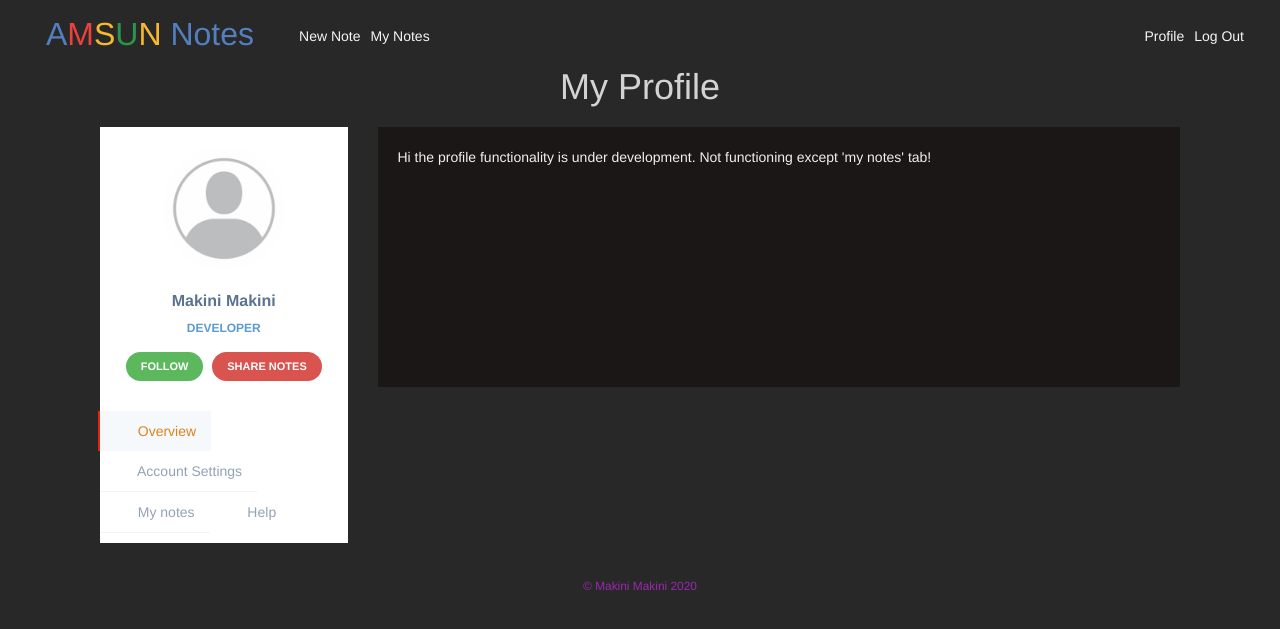
Repository: MakiniMakini/AMSUN-NOTES
Page: http://localhost/profile
These files come from the project's save history. The page is drawn as it stood at one moment and after the next save; the edit follows.
The browser window is 1280 px wide. The pictures show the whole page.
Some web fonts or font styles are not loaded; a fallback is used. The page is served by the project's application, run on Flask 3 (application.py). The session is filled in as if someone had signed in: {"user_id": 1}.

Above is the page before, as saved 2020-12-27 16:20:45.

### templates/profile.html
{% extends "layout.html" %}

{% block title %}
    Profile
{% endblock %}

{% block main %}

<h1 style="margin: auto; text-align: center;">
My Profile
</h1>
<div class="container">
    <div class="row profile">
		<div class="col-md-3">
			<div class="profile-sidebar">
				<!-- SIDEBAR USERPIC -->
				<div class="profile-userpic">
					<img src="/static/images/avatar.jpg" class="img-responsive" alt="">
				</div>
				<!-- END SIDEBAR USERPIC -->
				<!-- SIDEBAR USER TITLE -->
				<div class="profile-usertitle">
					<div class="profile-usertitle-name">
						Makini Makini
					</div>
					<div class="profile-usertitle-job">
						Developer
					</div>
				</div>
				<!-- END SIDEBAR USER TITLE -->
				<!-- SIDEBAR BUTTONS -->
				<div class="profile-userbuttons">
					<button type="button" class="btn btn-success btn-sm">Follow</button>
					<button type="button" class="btn btn-danger btn-sm">Share notes</button>
				</div>
				<!-- END SIDEBAR BUTTONS -->
				<!-- SIDEBAR MENU -->
				<div class="profile-usermenu">
					<ul class="nav">
						<li class="active">
							<a href="#">
							<i class="glyphicon glyphicon-home"></i>
							Overview </a>
						</li>
						<li>
							<a href="#">
							<i class="glyphicon glyphicon-user"></i>
							Account Settings </a>
						</li>
						<li>
							<a href="/my_notes">
							<i class="glyphicon glyphicon-ok"></i>
							My notes </a>
						</li>
						<li>
							<a href="#">
							<i class="glyphicon glyphicon-flag"></i>
							Help </a>
						</li>
					</ul>
				</div>
				<!-- END MENU -->
			</div>
		</div>
		<div class="col-md-9">
            <div class="profile-content" style="color: rgb(246, 236, 236);">
			   Hi the profile functionality is under development. Not functioning except 'my notes' tab!
            </div>
		</div>
	</div>
</div>

{% endblock %}

### templates/layout.html
<!DOCTYPE html>
<html lang="en">
    <head>
        <!-- Required meta tags -->
        <meta charset="utf-8">
        <meta name="viewport" content="width=device-width, initial-scale=1, shrink-to-fit=no">

        <!-- documentation at http://getbootstrap.com/docs/4.1/, alternative themes at https://bootswatch.com/ -->
        <link href="https://maxcdn.bootstrapcdn.com/bootstrap/4.1.3/css/bootstrap.min.css" rel="stylesheet">

        <!-- https://favicon.io/emoji-favicons/money-mouth-face/ -->
        <link href="/static/favicon.ico" rel="icon">

        <link href="/static/styles.css" rel="stylesheet">
        <link rel="stylesheet" href="/static/bootstrap.min.css" />
        <link rel="stylesheet" href="/static/animate.min.css" />
        <link rel="stylesheet" href="/static/ionicons.min.css" />
        <link rel="stylesheet" href="/static/styles2.css" />
        <link rel="stylesheet" href="/static/profile.css" />

        <script src="https://code.jquery.com/jquery-3.3.1.min.js"></script>
        <script src="https://cdnjs.cloudflare.com/ajax/libs/popper.js/1.14.3/umd/popper.min.js"></script>
        <script src="https://maxcdn.bootstrapcdn.com/bootstrap/4.1.3/js/bootstrap.min.js"></script>

        <title>AMSUN Notes: {% block title %}{% endblock %}</title>
    </head>

    <body>

        <nav class="navbar navbar-expand-md navbar-light bg-none pl-5 pr-5 m-0 fixed-top">
            <a class="navbar-brand" href="/"><span class="blue">A</span><span class="red">M</span><span class="yellow">S</span><span class="green">U</span><span class="yellow">N</span> <span class="blue">Notes</span></a>
            <button aria-controls="navbar" aria-expanded="false" aria-label="Toggle navigation" class="navbar-toggler bg-light" data-target="#navbar" data-toggle="collapse" type="button">
                <span class="navbar-toggler-icon"></span>
            </button>
            <div class="collapse navbar-collapse" id="navbar" >
                {% if session.user_id %}
                    <ul class="navbar-nav mr-auto mt-2">
                        <li class="nav-item"><a class="nav-link" href="/home">New Note</a></li>
                        <li class="nav-item"><a class="nav-link" href="/my_notes">My Notes</a></li>
                    </ul>
                    <ul class="navbar-nav ml-auto mt-2 navbar-right">
                        <li class="nav-item"><a class="nav-link" href="/profile">Profile</a></li>
                        <li class="nav-item"><a class="nav-link" href="/logout">Log Out</a></li>
                    </ul>
                {% else %}
                    <ul class="navbar-nav ml-auto mt-2 navbar-right">
                        <li class="nav-item"><a class="nav-link" href="/register">Register</a></li>
                        <li class="nav-item"><a class="nav-link" href="/login">Log In</a></li>
                    </ul>
                {% endif %}
            </div>
        </nav>

        {% if get_flashed_messages() %}
            <header>
                <div class="alert alert-primary border text-center" role="alert">
                    {{ get_flashed_messages() | join(" ") }}
                </div>
            </header>
        {% endif %}

        <main class="container p-0">

        </main>
        {% block main %}{% endblock %}

        <footer class="small text-center text-muted bg-none">
             <a href="https://makini-makini.herokuapp.com">© Makini Makini 2020</a>
        </footer>

    </body>
</html>

### application.py
import os

import sqlite3
from flask import Flask, flash, jsonify, redirect, render_template, request, session
from flask_session import Session
from tempfile import mkdtemp
from werkzeug.exceptions import default_exceptions, HTTPException, InternalServerError
from werkzeug.security import check_password_hash, generate_password_hash

from helpers import apology, login_required


# Configure application
app = Flask(__name__)

# Ensure templates are auto-reloaded
app.config["TEMPLATES_AUTO_RELOAD"] = True

# Ensure responses aren't cached
@app.after_request
def after_request(response):
    response.headers["Cache-Control"] = "no-cache, no-store, must-revalidate"
    response.headers["Expires"] = 0
    response.headers["Pragma"] = "no-cache"
    return response


# Configure session to use filesystem (instead of signed cookies)
app.config["SESSION_FILE_DIR"] = mkdtemp()
app.config["SESSION_PERMANENT"] = False
app.config["SESSION_TYPE"] = "filesystem"
Session(app)

# connecting to the database
connection = sqlite3.connect("amsun_notes.db", check_same_thread=False)

# cursor
db = connection.cursor()

# >>>>>>>>>>>>>>>>>>>>>>>>>>>>>>>ROUTES<<<<<<<<<<<<<<<<<<

# ///////////////INDEX\\\\\\\\\\\\\\\\\\
@app.route("/")
def home_page():
    return render_template("home.html")

# ////////////////WRITE NOTES\\\\\\\\\\\\\
@app.route("/home")
@login_required
def index():
    return render_template("index.html")

@app.route("/about")
def about():
    return render_template("about.html")

# //////PROFILE\\\\\\\\
@app.route("/profile")
@login_required
def profile():
    return render_template("profile.html")

# /////////////MY NOTES\\\\\\\\\\
@app.route("/my_notes")
@login_required
def my_notes():

    # logged user
    user_id = session['user_id']

    db.execute("SELECT note_id, title, notes FROM notes WHERE user_id=:user_id", {'user_id':user_id})
    notes = db.fetchall()

    # Ensure user has notes
    if not notes:
        return render_template("index.html", message = "You Do Not Have Any Stock")

    return render_template("my_notes.html", notes=notes)

# ///////////////ALLOW USER TO EDIT THEIR NOTES\\\\\\\\\\\\\\\\\\\
@app.route("/<note_id>/edit", methods=["GET", "POST"])
@login_required
def edit(note_id):

     # logged user
    user_id = session['user_id']

    if request.method == "GET":
        # query database for notes
        db.execute("SELECT note_id, title, notes FROM notes WHERE user_id=:user_id AND note_id=:note_id", {'user_id':user_id, 'note_id':note_id})
        notes = db.fetchall()
        # populate text-area with existing notes
        return render_template("edit.html", notes=notes)

    if request.method == "POST":
        # get title
        title = request.form.get("title")
        #get notes
        notes = request.form.get("notes")

        # ensure the fields are not blank
        if not request.form.get("notes"):
            return apology('must write something', 403)
        else:
            # update notes
            db.execute("UPDATE notes SET title =:title, notes =:notes WHERE note_id=:note_id", {'user_id':user_id, 'note_id':note_id, 'title':title, 'notes':notes})
            # save to data base
            connection.commit()
            # redirect user to their notes
            return redirect("/my_notes")


@app.route("/<note_id>/delete")
@login_required
def delete(note_id):

    print(note_id)

    db.execute("DELETE FROM notes WHERE note_id=:note_id", {'note_id':note_id})
    connection.commit()

    return redirect("/my_notes")

# >>>>>>>>>>>>>REGISTER USER<<<<<<<<<<<<<<<<<<<<<<<<<<<<<<<<<<<
@app.route("/register", methods=["GET", "POST"])
def register():
    """Register user"""

    # if 'GET' render Reg. form
    if request.method == "GET":
        return render_template("register.html")

    if request.method == "POST":

        username = request.form.get("username")
        # Ensure username is submitted
        if not request.form.get("username"):
             return apology("must provide username", 403)

        # Ensure password was submitted
        elif not request.form.get("password") and not request.form.get("confirmation"):
            return apology("must provide password and confirmation", 403)
        else:
            # query db
            db.execute("SELECT * FROM users WHERE username = :username",
                            {'username' : username})
            rows = db.fetchall()

            # check if user exists
            if len(rows) == 1:
                return apology("username already exists", 403)
            else:
                username = request.form.get("username")

            # password
            if request.form.get("password") == request.form.get("confirmation"):
                # hash password
                pwhash = generate_password_hash(request.form.get("password"), method='plain')
            else:
                return apology("passwords do not match", 403)

            # update db
            db.execute("INSERT INTO users (username, hash) VALUES (:username, :pwhash)", {'username':username, 'pwhash':pwhash})

            # To save the changes in the files. Never skip this.
            # If we skip this, nothing will be saved in the database.
            connection.commit()

            # # close the connection
            # connection.close()
            return redirect("/")


# >>>>>>>>>>>>>>>>>>>>>>LOGIN<<<<<<<<<<<<<<<<<<<<<<


@app.route("/login", methods=["GET", "POST"])
def login():
    """Log user in"""

    # Forget any user_id
    session.clear()

    # User reached route via POST (as by submitting a form via POST)
    if request.method == "POST":

        # Ensure username was submitted
        if not request.form.get("username"):
            return apology("must provide username", 403)

        # Ensure password was submitted
        elif not request.form.get("password"):
            return apology("must provide password", 403)

        # Query database for username
        db.execute("SELECT * FROM users WHERE username = :username",
                          {'username':request.form.get("username")})

        rows = db.fetchall()

        print(rows)
        # Ensure username exists and password is correct
        if len(rows) != 1 or not check_password_hash(rows[0][2], request.form.get("password")):
            return apology("invalid username and/or password", 403)

    # Remember which user has logged in
        session["user_id"] = rows[0][0]

        # Redirect user to home page
        return redirect("/")

    # User reached route via GET (as by clicking a link or via redirect)
    else:
        return render_template("login.html")

#>>>>>>>>>>>>>>>>>>>>>>>>>>>LOGOUT<<<<<<<<<<<<<<<<<<<<<<<<

@app.route("/logout")
def logout():
    """Log user out"""

    # Forget any user_id
    session.clear()

    # Redirect user to login form
    return redirect("/")


# >>>>>>>>>>>>>>>>>>>SAVE NOTES <<<<<<<<<<<<<<<<<<<<<<<<<
@app.route("/notes", methods=["GET", "POST"])
@login_required
def save():
    #save notes to database

    # logged user
    user_id = session['user_id']

    if request.method == "POST":

        # get the title
        title = request.form.get("title")

        #get notes
        notes = request.form.get("notes")

        # ensure the fields are not blank
        if not request.form.get("notes"):
            return apology('must write something', 403)
        else:
            db.execute("INSERT INTO notes (user_id, title, notes) VALUES (:user_id, :title, :notes)", {'user_id':user_id, 'title':title, 'notes':notes})

            # save to data base
            connection.commit()
            return render_template("index.html")

### helpers.py
import os
import requests
import urllib.parse

from flask import redirect, render_template, request, session
from functools import wraps

def apology(message, code=400):
    """Render message as an apology to user."""
    def escape(s):
        """
        Escape special characters.

        https://github.com/jacebrowning/memegen#special-characters
        """
        for old, new in [("-", "--"), (" ", "-"), ("_", "__"), ("?", "~q"),
                         ("%", "~p"), ("#", "~h"), ("/", "~s"), ("\"", "''")]:
            s = s.replace(old, new)
        return s
    return render_template("apology.html", top=code, bottom=escape(message)), code


def login_required(f):
    """
    Decorate routes to require login.

    http://flask.pocoo.org/docs/1.0/patterns/viewdecorators/
    """
    @wraps(f)
    def decorated_function(*args, **kwargs):
        if session.get("user_id") is None:
            return redirect("/login")
        return f(*args, **kwargs)
    return decorated_function

### static/styles.css
nav .navbar-brand {
	/* size for brand */
	font-size: xx-large;
}

/* colors for brand */
nav .navbar-brand .blue {
	color: #537fbe;
}
nav .navbar-brand .red {
	color: #ea433b;
}
nav .navbar-brand .yellow {
	color: #f5b82e;
}
nav .navbar-brand .green {
	color: #2e944b;
}

.navbar .nav-link {
	color: whitesmoke !important;
}

main .form-control {
	/* center form controls */
	display: inline-block;

	/* override Bootstrap's 100% width for form controls */
	width: auto;
}

main {
	/* scroll horizontally as needed */
	overflow-x: auto;

	/* center contents */
	text-align: center;
}

main img {
	/* constrain images on small screens */
	max-width: 100%;
}

/* Style the image inside the centered container, if needed */
.centered img {
	width: 150px;
	border-radius: 50%;
}

textarea {
	font-family: monospace;
}

.section_name {
	text-align: center;
	padding: 0;
}

.form-form {
	text-align: center;
	padding-top: 10vh;
}
.btn:focus {
	outline: none !important;
}

.form-control-email {
	text-align: left;
	display: block;
	width: 50%;
	height: 35px;
	padding: 6px 12px;
	font-size: 14px;
	line-height: 1.5;
	color: #eee;
	background-color: #36333d;
	background-image: none;
	border: 1px solid #36333d;
	border-radius: 4px;
	box-shadow: inset 0 1px 1px rgba(0, 0, 0, 0.075);
	transition: border-color ease-in-out .15s, box-shadow ease-in-out .15s;
}
.form-control-email:focus {
	outline: none;
}

.my_notes {
	margin: auto;
	align-content: center;
	padding-top: 2vh;
}

.my_notes .card {
	align-content: center;
	margin: auto;
}

textarea {
	background-color: #a3462f;
	padding: 5px;
	columns: red;
}

textarea:focus {
	background-color: #2f2d33;
	outline: none;
}

.notes_form {
	margin: auto;
	align-items: center;
	align-content: center;
}
.navbar-toggler:focus {
	outline: none;
}
.myIframe {
	position: relative;
	padding-bottom: 65.25%;
	padding-top: 30px;
	height: 0;
	overflow: auto;
	-webkit-overflow-scrolling: touch; //<<--- THIS IS THE KEY
}
.myIframe iframe {
	position: relative;
	top: 0;
	left: 0;
	width: 100%;
}
.notes-btn {
	margin: auto !important;
	align-items: center !important;
	display: block !important;
}

### static/profile.css
/* Profile container */
.profile {
	margin: 20px 0;
}

/* Profile sidebar */
.profile-sidebar {
	padding: 20px 0 10px 0;
	background: #fff;
}

.profile-userpic img {
	float: none;
	margin: 0 auto;
	width: 50%;
	height: 50%;
	-webkit-border-radius: 50% !important;
	-moz-border-radius: 50% !important;
	border-radius: 50% !important;
}

.profile-usertitle {
	text-align: center;
	margin-top: 20px;
}

.profile-usertitle-name {
	color: #5a7391;
	font-size: 16px;
	font-weight: 600;
	margin-bottom: 7px;
}

.profile-usertitle-job {
	text-transform: uppercase;
	color: #5b9bd1;
	font-size: 12px;
	font-weight: 600;
	margin-bottom: 15px;
}

.profile-userbuttons {
	text-align: center;
	margin-top: 10px;
}

.profile-userbuttons .btn {
	text-transform: uppercase;
	font-size: 11px;
	font-weight: 600;
	padding: 6px 15px;
	margin-right: 5px;
}

.profile-userbuttons .btn:last-child {
	margin-right: 0px;
}

.profile-usermenu {
	margin-top: 30px;
}

.profile-usermenu ul li {
	border-bottom: 1px solid #f0f4f7;
}

.profile-usermenu ul li:last-child {
	border-bottom: none;
}

.profile-usermenu ul li a {
	color: #93a3b5;
	font-size: 14px;
	font-weight: 400;
}

.profile-usermenu ul li a i {
	margin-right: 8px;
	font-size: 14px;
}

.profile-usermenu ul li a:hover {
	background-color: #fafcfd;
	color: #5b9bd1;
}

.profile-usermenu ul li.active {
	border-bottom: none;
}

.profile-usermenu ul li.active a {
	color: #dd831c;
	background-color: #f6f9fb;
	border-left: 2px solid #e92309;
	margin-left: -2px;
}

/* Profile Content */
.profile-content {
	padding: 20px;
	background: rgb(27, 23, 23);
	min-height: 260px;
}

Loaded but not shown: static/bootstrap.min.css (library); static/animate.min.css (library); static/ionicons.min.css (library); static/styles2.css (529 lines, source omitted)

After the next save:
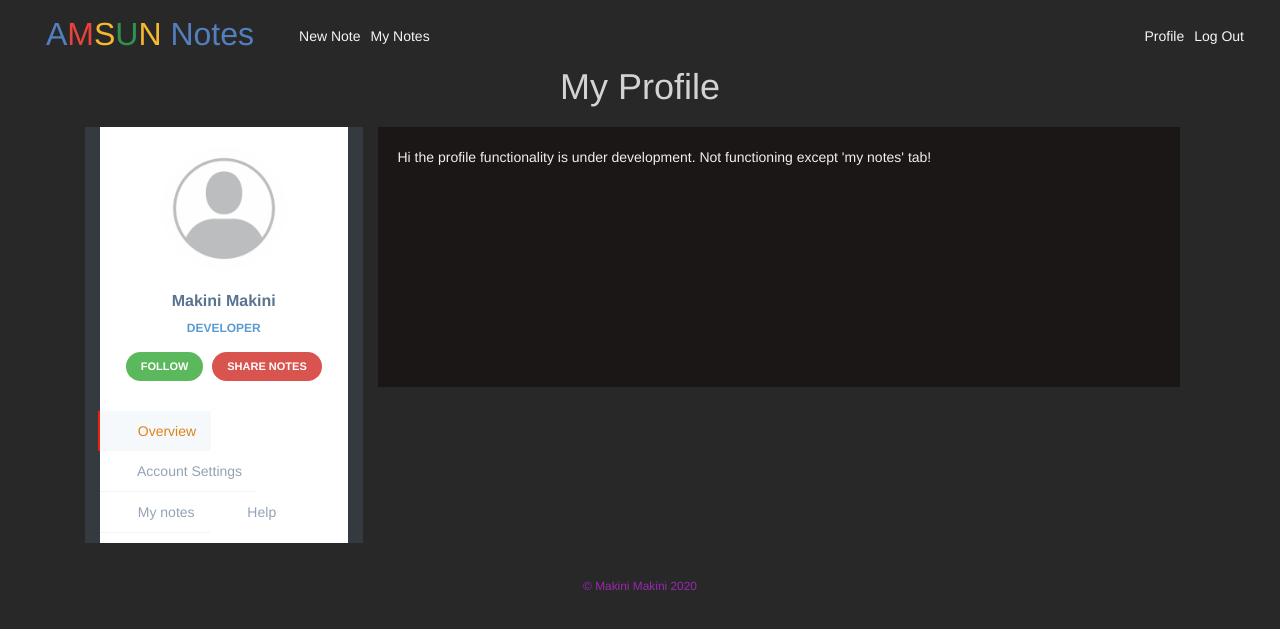
Saved 72 s later.
--- a/templates/profile.html
+++ b/templates/profile.html
@@ -11,7 +11,7 @@
 </h1>
 <div class="container">
     <div class="row profile">
-		<div class="col-md-3">
+		<div class="col-md-3 bg-dark">
 			<div class="profile-sidebar">
 				<!-- SIDEBAR USERPIC -->
 				<div class="profile-userpic">

After the save that followed:
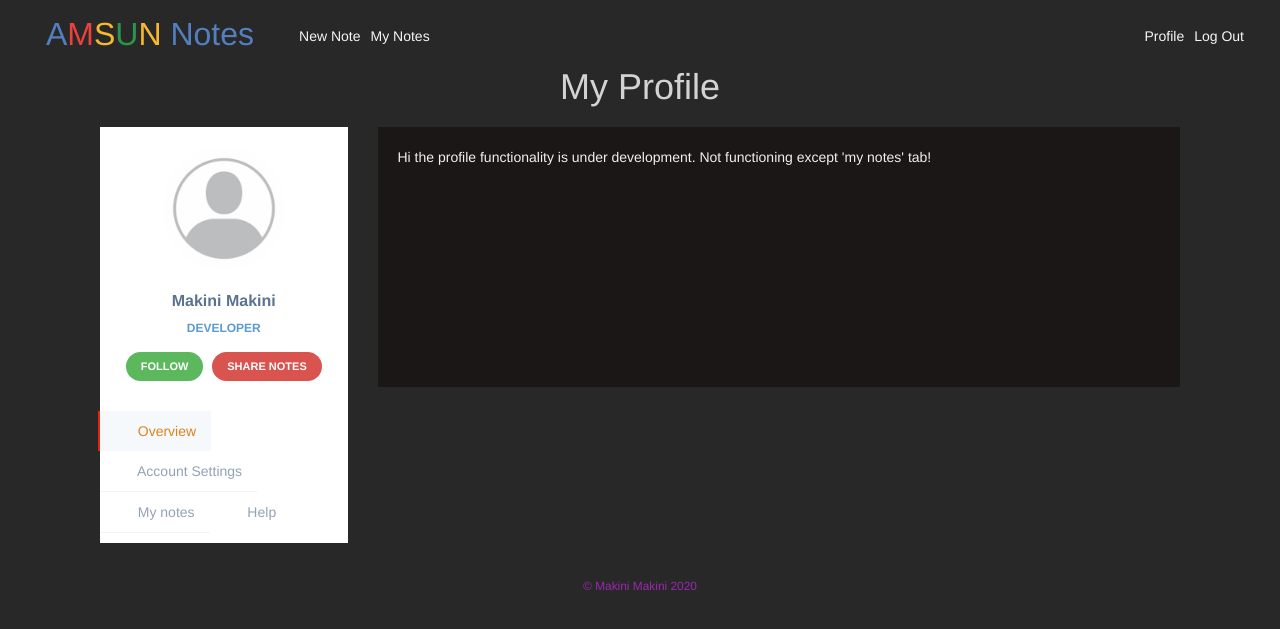
Saved 11 s later.
--- a/templates/profile.html
+++ b/templates/profile.html
@@ -11,7 +11,7 @@
 </h1>
 <div class="container">
     <div class="row profile">
-		<div class="col-md-3 bg-dark">
+		<div class="col-md-3">
 			<div class="profile-sidebar">
 				<!-- SIDEBAR USERPIC -->
 				<div class="profile-userpic">
